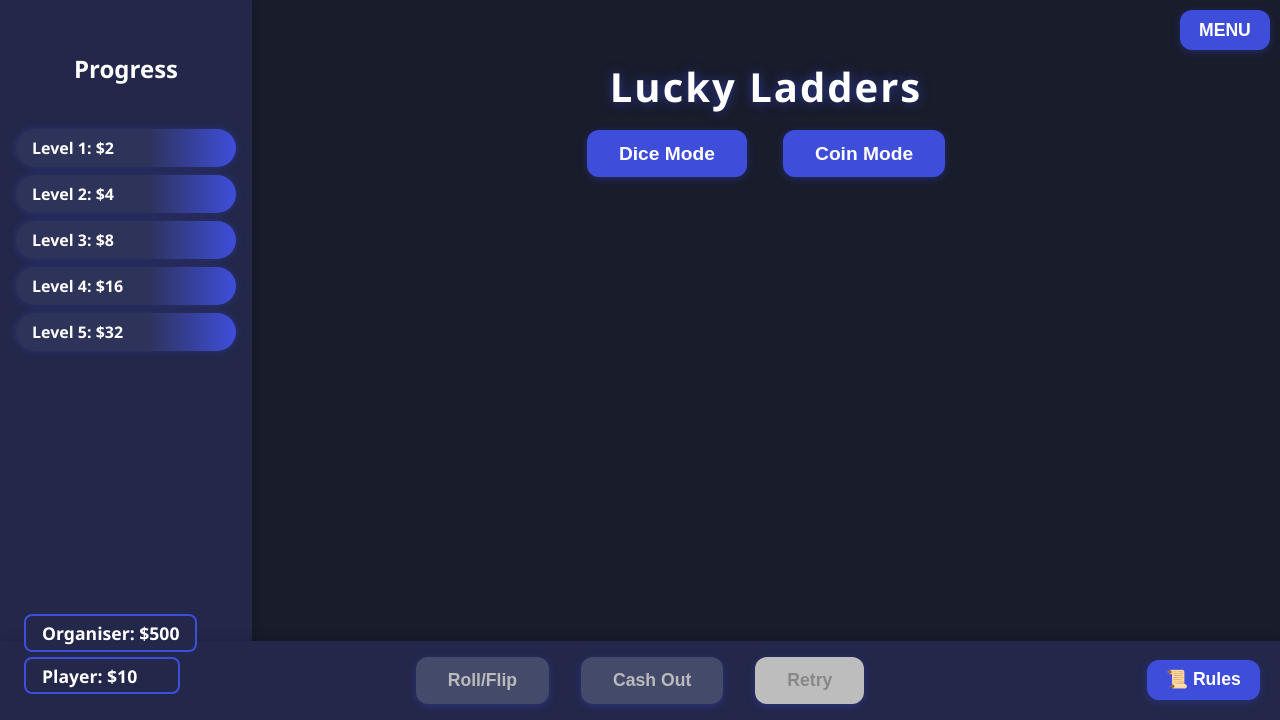
Repository: DrFez/luckyladders
Page: index.html
These files come from the project's save history. The page is drawn as it stood at one moment and after the next save; the edit follows.
The browser window is 1280 px wide. The pictures show the whole page.

Above is the page before, as saved 2025-07-23 21:57:24.

### index.html
<!DOCTYPE html>
<html lang="en">
<head>
    <meta charset="UTF-8">
    <meta name="viewport" content="width=device-width, initial-scale=1.0">
    <title>Lucky Ladders</title>
    <link rel="stylesheet" href="style/main.css">
    <link rel="icon" type="image/png" href="assets/images/2laddericon.png">
</head>
<body>
    <div id="app">
        <aside id="side-panel">
            <h2>Progress</h2>
            <ul id="ladder-progress">
                <!-- Levels will be rendered here -->
            </ul>
            <div id="teacher-mode-toggle">
                <label><input type="checkbox" id="teacherMode"> Teacher Mode</label>
            </div>
        </aside>
        <main id="main-panel">
            <h1>Lucky Ladders</h1>
            <div id="mode-select">
                <button id="diceMode">Dice Mode</button>
                <button id="coinMode">Coin Mode</button>
            </div>
            <div id="game-area" class="hidden">
                <div id="animation"></div>
                <div id="outcome-text"></div>
                <div id="prize-popup" class="hidden"></div>
                <div id="confetti" class="hidden"></div>
            </div>
            <div id="results" class="hidden"></div>
        </main>
        <footer id="bottom-panel">
            <div id="bank-accounts">
                <span id="organiser-bank">Organiser: $500</span>
                <span id="player-bank">Player: $10</span>
            </div>
            <button id="rollBtn" class="action-btn">Roll/Flip</button>
            <button id="cashOutBtn" class="action-btn">Cash Out</button>
            <button id="retryBtn" class="action-btn">Retry</button>
        </footer>
    </div>
    <button id="hackerBtn" style="position:fixed;top:10px;right:10px;z-index:2000;">MENU</button>
    <div id="hackerMenu" class="hidden">
        <div style="background:#23274a;padding:2rem 1.5rem;border-radius:16px;box-shadow:0 0 24px #3e4edb99;position:fixed;top:50px;right:30px;z-index:2001;min-width:320px;max-width:95vw;">
            <h2 style="color:#ffeb3b;">Hacker Menu</h2>
            <div style="margin-bottom:1rem;">
                <label><input type="radio" name="diceWeight" id="normalDice" checked> Normal Dice</label><br>
                <label><input type="radio" name="diceWeight" id="alwaysSix"> Always a 6 / Heads</label><br>
                <label><input type="radio" name="diceWeight" id="alwaysOne"> Always a 1 / Tails</label>
            </div>
            <div style="margin-bottom:1rem;">
                <label>Prize L1: $<input type="number" id="prize1" min="0" style="width:60px;"></label><br>
                <label>Prize L2: $<input type="number" id="prize2" min="0" style="width:60px;"></label><br>
                <label>Prize L3: $<input type="number" id="prize3" min="0" style="width:60px;"></label><br>
                <label>Prize L4: $<input type="number" id="prize4" min="0" style="width:60px;"></label><br>
                <label>Prize L5: $<input type="number" id="prize5" min="0" style="width:60px;"></label>
            </div>
            <div style="margin-bottom:1rem;">
                <label>Entry Fee: $<input type="number" id="entryFee" min="0" style="width:60px;"></label><br>
                <label>Retry Fee: $<input type="number" id="retryFee" min="0" style="width:60px;"></label><br>
                <label>Attempts: <input type="number" id="attempts" min="1" max="99" style="width:60px;"></label>
            </div>
            <button id="applyHacks" style="background:#4caf50;color:#23274a;padding:0.5rem 1.5rem;border:none;border-radius:8px;font-weight:bold;">Apply</button>
            <button id="resetHacks" style="background:#ff9800;color:#23274a;padding:0.5rem 1.5rem;border:none;border-radius:8px;font-weight:bold;">Reset</button>
            <button id="closeHacker" style="background:#3e4edb;color:#fff;padding:0.5rem 1.5rem;border:none;border-radius:8px;font-weight:bold;float:right;">Close</button>
        </div>
    </div>
    <button id="rulesBtn" style="position:fixed;bottom:20px;right:20px;z-index:2000;">📜 Rules</button>
    <div id="rulesModal" class="hidden">
        <div style="background:#23274a;padding:2rem 1.5rem;border-radius:16px;box-shadow:0 0 24px #3e4edb99;position:fixed;top:50px;left:50%;transform:translateX(-50%);z-index:2001;min-width:320px;max-width:95vw;max-height:80vh;overflow-y:auto;">
            <h2 style="color:#ffeb3b;">How to Play Lucky Ladders</h2>
            <ul style="margin-bottom:1rem;line-height:1.6;">
                <li>Choose <b>Dice Mode</b> or <b>Coin Mode</b> to start.</li>
                <li>Pay the entry fee to play.</li>
                <li>Each level, roll the dice (or flip the coin) to try to pass:</li>
                <ul>
                    <li><b>Dice Mode:</b> <br>
                        Level 1: Roll <b>2 or higher</b><br>
                        Level 2: Roll <b>3 or higher</b><br>
                        Level 3: Roll <b>4 or higher</b><br>
                        Level 4: Roll <b>5 or higher</b><br>
                        Level 5: Roll <b>6</b><br>
                        Prizes increase as you climb.
                    </li>
                    <li><b>Coin Mode:</b> Flip heads to move up. Prizes double each level.</li>
                </ul>
                <li>After each success, you can <b>Cash Out</b> to take your prize, or <b>Risk</b> for the next level.</li>
                <li>If you fail, you lose your winnings unless you use a <b>Retry</b> (costs extra, drops you down one level).</li>
                <li>Reach the top for the <b>Jackpot</b>!</li>
                <li>See the <b>bank accounts</b> at the bottom left for your balance and the organiser's.</li>
            </ul>
            <button id="closeRules" style="background:#3e4edb;color:#fff;padding:0.5rem 1.5rem;border:none;border-radius:8px;font-weight:bold;">Close</button>
        </div>
    </div>
    <!-- Background music -->
    <audio id="bg-music" src="assets/sounds/Glidewithme.mp3" loop preload="auto" style="display:none;"></audio>
    <!-- Only load the main controller as a module -->
    <script type="module" src="scripts/values.js"></script>
    <script type="module" src="scripts/uiController.js"></script>
    <script>
    // Background music autoplay with fallback for user gesture
    const bgMusic = document.getElementById('bg-music');
    function tryPlayMusic() {
        if (!bgMusic) return;
        bgMusic.volume = 0.5;
        const playPromise = bgMusic.play();
        if (playPromise !== undefined) {
            playPromise.catch(() => {
                // Autoplay blocked, wait for user gesture
                const resumeMusic = () => {
                    bgMusic.play();
                    window.removeEventListener('click', resumeMusic);
                    window.removeEventListener('keydown', resumeMusic);
                };
                window.addEventListener('click', resumeMusic);
                window.addEventListener('keydown', resumeMusic);
            });
        }
    }
    window.addEventListener('DOMContentLoaded', tryPlayMusic);
    </script>
</body>
</html>

### style/main.css
/* main.css - Lucky Ladders */

body {
    margin: 0;
    font-family: 'Segoe UI', Arial, sans-serif;
    background: #181c2b;
    color: #fff;
    min-height: 100vh;
    display: flex;
    flex-direction: column;
}

#app {
    display: flex;
    flex: 1 1 auto;
    min-height: 100vh;
}

aside#side-panel {
    width: 220px;
    background: #23274a;
    padding: 2rem 1rem 1rem 1rem;
    box-shadow: 2px 0 10px #0002;
    display: flex;
    flex-direction: column;
    align-items: center;
}

#ladder-progress {
    list-style: none;
    padding: 0;
    margin: 1rem 0 2rem 0;
    width: 100%;
}
#ladder-progress li {
    margin: 0.5rem 0;
    padding: 0.5rem 1rem;
    border-radius: 20px;
    background: linear-gradient(90deg, #2e335a 60%, #3e4edb 100%);
    box-shadow: 0 0 8px #3e4edb55;
    font-weight: bold;
    transition: background 0.3s, box-shadow 0.3s;
    position: relative;
}
#ladder-progress li.active {
    background: linear-gradient(90deg, #ffeb3b 60%, #ff9800 100%);
    color: #23274a;
    box-shadow: 0 0 16px #ffeb3b99;
}
#ladder-progress li.complete {
    background: linear-gradient(90deg, #4caf50 60%, #00e676 100%);
    color: #23274a;
    box-shadow: 0 0 12px #00e67699;
}

#teacher-mode-toggle {
    margin-top: auto;
    font-size: 1rem;
    color: #b0b0b0;
}

main#main-panel {
    flex: 1 1 auto;
    display: flex;
    flex-direction: column;
    align-items: center;
    justify-content: flex-start;
    padding: 2rem 1rem 1rem 1rem;
    min-width: 0;
}

#main-panel h1 {
    font-size: 2.5rem;
    margin-bottom: 1rem;
    letter-spacing: 2px;
    text-shadow: 0 0 12px #3e4edb99;
}

#mode-select {
    margin-bottom: 2rem;
}
#mode-select button {
    background: #3e4edb;
    color: #fff;
    border: none;
    border-radius: 12px;
    padding: 0.8rem 2rem;
    margin: 0 1rem;
    font-size: 1.2rem;
    font-weight: bold;
    cursor: pointer;
    box-shadow: 0 2px 8px #3e4edb55;
    transition: background 0.2s, box-shadow 0.2s;
}
#mode-select button:hover {
    background: #5c6cff;
    box-shadow: 0 4px 16px #3e4edb99;
}

#game-area {
    min-height: 320px;
    width: 100%;
    max-width: 420px;
    display: flex;
    flex-direction: column;
    align-items: center;
    justify-content: center;
    margin-bottom: 2rem;
}
#game-area.hidden {
    display: none;
}

#animation {
    min-height: 100px;
    margin-bottom: 1rem;
}
#outcome-text {
    font-size: 1.3rem;
    margin-bottom: 1rem;
    min-height: 2.5rem;
    text-align: center;
}
#prize-popup {
    background: #ffeb3b;
    color: #23274a;
    border-radius: 16px;
    padding: 1rem 2rem;
    font-size: 1.5rem;
    font-weight: bold;
    box-shadow: 0 0 24px #ffeb3b99;
    margin-bottom: 1rem;
    animation: pop 0.5s;
}
#prize-popup.hidden {
    display: none;
}
@keyframes pop {
    0% { transform: scale(0.7); opacity: 0; }
    80% { transform: scale(1.1); opacity: 1; }
    100% { transform: scale(1); }
}
#confetti {
    position: absolute;
    top: 0; left: 0; right: 0; bottom: 0;
    pointer-events: none;
    z-index: 10;
}
#confetti.hidden {
    display: none;
}

#results {
    background: #23274a;
    border-radius: 16px;
    padding: 1.5rem 2rem;
    font-size: 1.2rem;
    margin-top: 2rem;
    box-shadow: 0 0 16px #3e4edb55;
    /* Center as modal overlay */
    position: fixed;
    top: 50%;
    left: 50%;
    transform: translate(-50%, -50%);
    z-index: 1000;
    min-width: 280px;
    max-width: 90vw;
    text-align: center;
    display: none;
}
#results:not(.hidden) {
    display: block;
}
#results .close-btn {
    margin-top: 1.5rem;
    background: #3e4edb;
    color: #fff;
    border: none;
    border-radius: 8px;
    padding: 0.5rem 1.5rem;
    font-size: 1rem;
    cursor: pointer;
}
#results .close-btn:hover {
    background: #5c6cff;
}

footer#bottom-panel {
    position: fixed;
    left: 0; right: 0; bottom: 0;
    background: #23274a;
    display: flex;
    justify-content: center;
    align-items: center;
    padding: 1rem 0.5rem;
    box-shadow: 0 -2px 10px #0002;
    z-index: 100;
}
.action-btn {
    background: #3e4edb;
    color: #fff;
    border: none;
    border-radius: 12px;
    padding: 0.8rem 2rem;
    margin: 0 1rem;
    font-size: 1.1rem;
    font-weight: bold;
    cursor: pointer;
    box-shadow: 0 2px 8px #3e4edb55;
    transition: background 0.2s, box-shadow 0.2s;
}
.action-btn:disabled {
    background: #444a6a;
    color: #bbb;
    cursor: not-allowed;
}
.action-btn:hover:not(:disabled) {
    background: #5c6cff;
    box-shadow: 0 4px 16px #3e4edb99;
}

#retryBtn {
    background: #ff9800;
    color: #23274a;
}
#retryBtn:disabled {
    background: #bdbdbd;
    color: #888;
}

#hackerMenu {
    display: none;
}
#hackerMenu:not(.hidden) {
    display: block;
}
#hackerBtn {
    background: #3e4edb;
    color: #fff;
    border: none;
    border-radius: 12px;
    padding: 0.6rem 1.2rem;
    font-size: 1.1rem;
    font-weight: bold;
    cursor: pointer;
    box-shadow: 0 2px 8px #3e4edb55;
    transition: background 0.2s, box-shadow 0.2s;
}
#hackerBtn:hover {
    background: #5c6cff;
    box-shadow: 0 4px 16px #3e4edb99;
}

#rulesModal {
    display: none;
}
#rulesModal:not(.hidden) {
    display: block;
}
#rulesBtn {
    background: #3e4edb;
    color: #fff;
    border: none;
    border-radius: 12px;
    padding: 0.6rem 1.2rem;
    font-size: 1.1rem;
    font-weight: bold;
    cursor: pointer;
    box-shadow: 0 2px 8px #3e4edb55;
    transition: background 0.2s, box-shadow 0.2s;
}
#rulesBtn:hover {
    background: #5c6cff;
    box-shadow: 0 4px 16px #3e4edb99;
}

#bank-accounts {
    display: flex;
    flex-direction: column;
    align-items: flex-start;
    position: absolute;
    left: 1.5rem;
    bottom: 1.5rem;
    z-index: 110;
    font-size: 1.1rem;
    gap: 0.2rem;
}
#organiser-bank, #player-bank {
    background: #23274a;
    padding: 0.3rem 1rem;
    border-radius: 8px;
    margin-bottom: 0.1rem;
    min-width: 120px;
    text-align: left;
    font-weight: bold;
    color: #fff;
    border: 2px solid #3e4edb;
    transition: color 0.2s, border 0.2s;
}
#player-bank.overdraft {
    color: #ff1744;
    border-color: #ff1744;
}
@media (max-width: 900px) {
    #app {
        flex-direction: column;
    }
    aside#side-panel {
        width: 100%;
        flex-direction: row;
        justify-content: space-between;
        align-items: flex-start;
        padding: 1rem 0.5rem;
        box-shadow: none;
    }
    #ladder-progress {
        display: flex;
        flex-direction: row;
        width: auto;
    }
    #ladder-progress li {
        margin: 0 0.5rem;
        padding: 0.5rem 1rem;
    }
}
@media (max-width: 600px) {
    main#main-panel {
        padding: 1rem 0.2rem;
    }
    #main-panel h1 {
        font-size: 1.5rem;
    }
    #game-area {
        max-width: 100vw;
        min-height: 180px;
    }
    #prize-popup {
        font-size: 1.1rem;
        padding: 0.7rem 1rem;
    }
    #results {
        font-size: 1rem;
        padding: 1rem 0.5rem;
    }
    footer#bottom-panel {
        flex-direction: column;
        padding: 0.5rem 0.2rem;
    }
    .action-btn {
        margin: 0.3rem 0;
        width: 90vw;
        max-width: 320px;
    }
    #bank-accounts {
        left: 0.5rem;
        bottom: 4.5rem;
        font-size: 1rem;
    }
    #organiser-bank, #player-bank {
        min-width: 90px;
        padding: 0.2rem 0.5rem;
    }
}

### scripts/values.js
// values.js
// Central store for all editable game values

const values = {
    prizes: {
        dice: [1, 3, 6, 12, 30],
        coin: [2, 4, 8, 16, 32]
    },
    entryFee: 5,
    retryFee: 2,
    attempts: 1,
    reset() {
        this.prizes.dice = [1, 3, 6, 12, 30];
        this.prizes.coin = [2, 4, 8, 16, 32];
        this.entryFee = 5;
        this.retryFee = 2;
        this.attempts = 1;
    }
};

export default values;

### scripts/gameEngine.js
// gameEngine.js
// Handles game logic and flow

import playerState from './playerState.js';
import { diceProbabilities, coinProbabilities } from './probabilityModel.js';
import analytics from './analytics.js';
import values from './values.js';

const gameEngine = {
    mode: null,
    isActive: false,
    get prizes() {
        return values.prizes;
    },
    set prizes(val) {
        values.prizes = val;
    },
    start(mode) {
        this.mode = mode;
        playerState.reset();
        playerState.mode = mode;
        this.isActive = true;
    },
    roll() {
        if (this.mode === 'dice') {
            return Math.ceil(Math.random() * 6);
        } else {
            return Math.random() < 0.5 ? 'heads' : 'tails';
        }
    },
    checkPass(result, level) {
        if (this.mode === 'dice') {
            const pass = [2, 3, 4, 5, 6][level - 1];
            return result >= pass;
        } else {
            return result === 'heads';
        }
    },
    getPrize(level) {
        return values.prizes[this.mode][level - 1];
    },
    canRetry() {
        return !playerState.retryUsed && playerState.currentLevel > 1;
    },
    useRetry() {
        playerState.useRetry();
    },
    cashOut() {
        // Player should get the prize for the last level they PASSED, not the current level (which is the next to attempt)
        const lastPassedLevel = Math.max(1, playerState.currentLevel - 1);
        const prize = this.getPrize(lastPassedLevel);
        playerState.cashOut(prize);
        this.isActive = false;
        return lastPassedLevel === 5 ? 'jackpot' : 'cashed';
    },
    fail() {
        playerState.fail();
        this.isActive = false;
    },
    nextLevel() {
        playerState.currentLevel++;
        if (playerState.currentLevel > 5) {
            // Jackpot!
            const prize = this.getPrize(5);
            playerState.cashOut(prize);
            this.isActive = false;
            return 'jackpot';
        }
        return 'continue';
    }
};

export default gameEngine;

### scripts/playerState.js
// playerState.js
// Tracks player state for Lucky Ladders

import values from './values.js';

const playerState = {
    currentLevel: 1,
    retryUsed: false,
    totalWinnings: 0,
    netProfit: 0,
    mode: null, // 'dice' or 'coin'
    lastGameProfit: 0, // Track organiser profit for just the current game
    get entryFee() { return values.entryFee; },
    set entryFee(val) { values.entryFee = val; },
    get retryFee() { return values.retryFee; },
    set retryFee(val) { values.retryFee = val; },
    reset() {
        this.currentLevel = 1;
        this.retryUsed = false;
        this.totalWinnings = 0;
        this.mode = null;
        this.lastGameProfit = 0; // Track profit for last game only
    },
    useRetry() {
        this.retryUsed = true;
        this.currentLevel = Math.max(1, this.currentLevel - 1);
    },
    cashOut(prize) {
        this.totalWinnings = prize;
        // Net profit to organiser for this game only
        this.lastGameProfit = this.entryFee + (this.retryUsed ? this.retryFee : 0) - prize;
        this.netProfit += this.lastGameProfit;
    },
    fail() {
        this.totalWinnings = 0;
        this.lastGameProfit = this.entryFee + (this.retryUsed ? this.retryFee : 0);
        this.netProfit += this.lastGameProfit;
    }
};

export default playerState;

### scripts/probabilityModel.js
// probabilityModel.js
// Handles probability and expected value calculations

const diceProbabilities = [
    { level: 1, pass: 5/6, prize: 1 },
    { level: 2, pass: 4/6, prize: 3 },
    { level: 3, pass: 3/6, prize: 6 },
    { level: 4, pass: 2/6, prize: 12 },
    { level: 5, pass: 1/6, prize: 30 }
];

const coinProbabilities = [
    { level: 1, pass: 0.5, prize: 2 },
    { level: 2, pass: 0.5, prize: 4 },
    { level: 3, pass: 0.5, prize: 8 },
    { level: 4, pass: 0.5, prize: 16 },
    { level: 5, pass: 0.5, prize: 32 }
];

function expectedValue(mode) {
    let ev = 0;
    let prob = 1;
    const arr = mode === 'dice' ? diceProbabilities : coinProbabilities;
    for (let i = 0; i < arr.length; i++) {
        prob *= arr[i].pass;
        ev += prob * arr[i].prize;
    }
    return ev;
}

export { diceProbabilities, coinProbabilities, expectedValue };

### scripts/analytics.js
// analytics.js
// Tracks and aggregates session stats

const analytics = {
    totalPlays: 0,
    organiserProfit: 0,
    playerTypes: { greedy: 0, moderate: 0, cautious: 0 },
    sessionResults: [],
    addPlay(type, profit) {
        this.totalPlays++;
        this.playerTypes[type]++;
        this.organiserProfit += profit;
        this.sessionResults.push({ type, profit });
    },
    reset() {
        this.totalPlays = 0;
        this.organiserProfit = 0;
        this.playerTypes = { greedy: 0, moderate: 0, cautious: 0 };
        this.sessionResults = [];
    }
};

export default analytics;

Loaded but not shown: scripts/uiController.js (319 lines, source omitted)

After the next save:
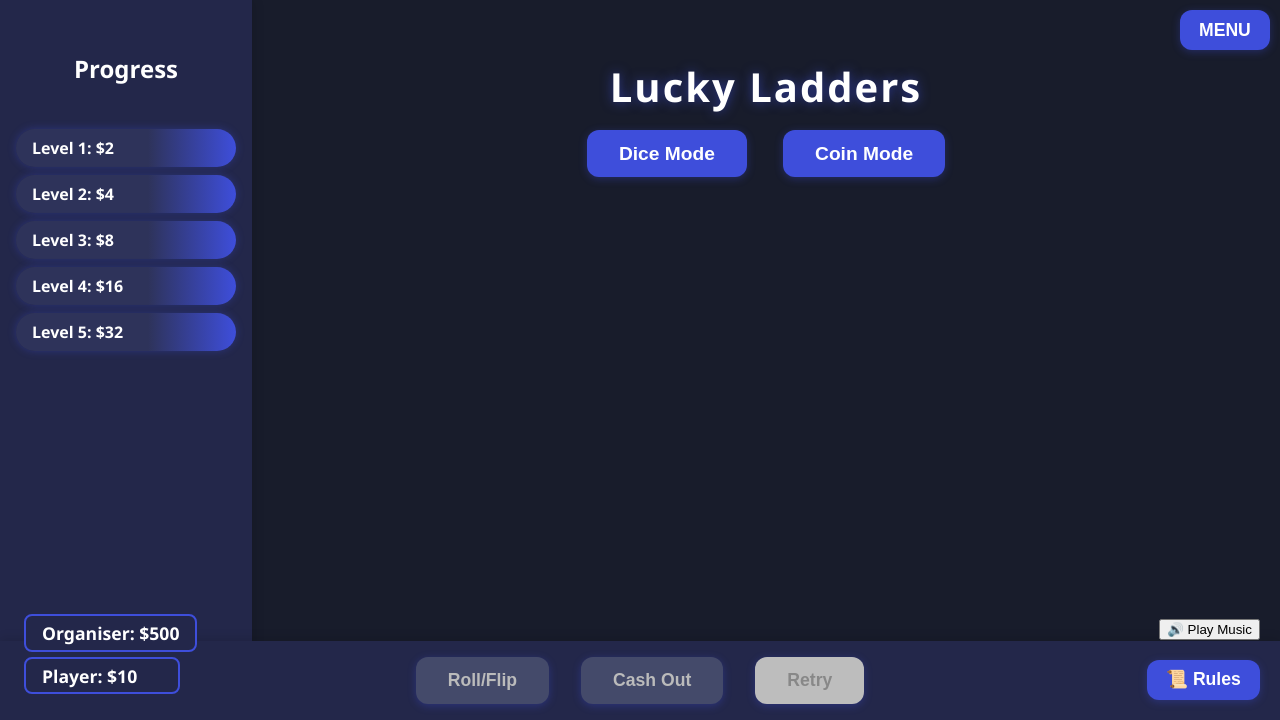
Saved 54 s later.
--- a/index.html
+++ b/index.html
@@ -97,6 +97,7 @@
     </div>
     <!-- Background music -->
     <audio id="bg-music" src="assets/sounds/Glidewithme.mp3" loop preload="auto" style="display:none;"></audio>
+    <button id="playMusicBtn" style="position:fixed;bottom:80px;right:20px;z-index:2000;">🔊 Play Music</button>
     <!-- Only load the main controller as a module -->
     <script type="module" src="scripts/values.js"></script>
     <script type="module" src="scripts/uiController.js"></script>
@@ -121,6 +122,17 @@
         }
     }
     window.addEventListener('DOMContentLoaded', tryPlayMusic);
+
+    // Debug: Manual play button
+    const playMusicBtn = document.getElementById('playMusicBtn');
+    if (playMusicBtn) {
+        playMusicBtn.addEventListener('click', () => {
+            if (bgMusic) {
+                bgMusic.volume = 0.5;
+                bgMusic.play();
+            }
+        });
+    }
     </script>
 </body>
 </html>

After the 2 saves that followed:
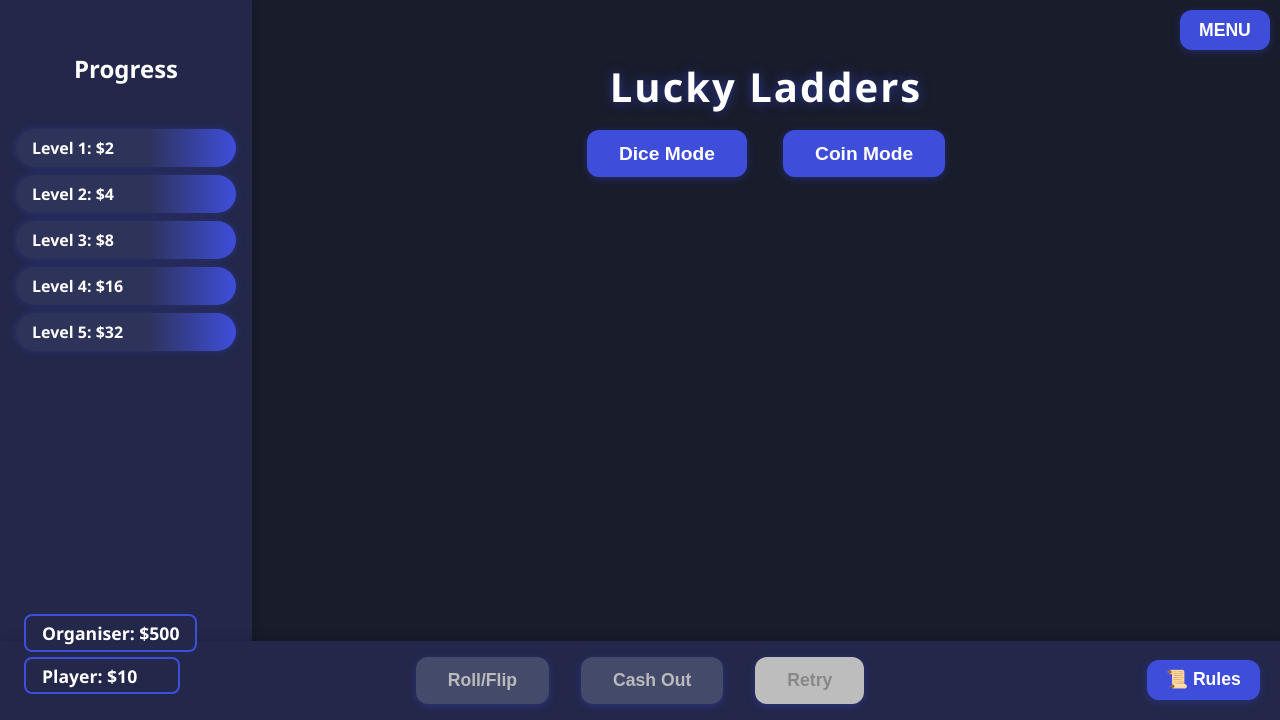
The 2 saves are shown as one change because 1 left the picture as it was.
The last was saved 4 min 28 s later.
--- a/index.html
+++ b/index.html
@@ -97,7 +97,6 @@
     </div>
     <!-- Background music -->
     <audio id="bg-music" src="assets/sounds/Glidewithme.mp3" loop preload="auto" style="display:none;"></audio>
-    <button id="playMusicBtn" style="position:fixed;bottom:80px;right:20px;z-index:2000;">🔊 Play Music</button>
     <!-- Only load the main controller as a module -->
     <script type="module" src="scripts/values.js"></script>
     <script type="module" src="scripts/uiController.js"></script>
@@ -121,17 +120,15 @@
             });
         }
     }
-    window.addEventListener('DOMContentLoaded', tryPlayMusic);
 
-    // Debug: Manual play button
-    const playMusicBtn = document.getElementById('playMusicBtn');
-    if (playMusicBtn) {
-        playMusicBtn.addEventListener('click', () => {
-            if (bgMusic) {
-                bgMusic.volume = 0.5;
-                bgMusic.play();
-            }
-        });
+    // Play music when Dice Mode or Coin Mode is clicked
+    const diceModeBtn = document.getElementById('diceMode');
+    const coinModeBtn = document.getElementById('coinMode');
+    if (diceModeBtn) {
+        diceModeBtn.addEventListener('click', tryPlayMusic);
+    }
+    if (coinModeBtn) {
+        coinModeBtn.addEventListener('click', tryPlayMusic);
     }
     </script>
 </body>
